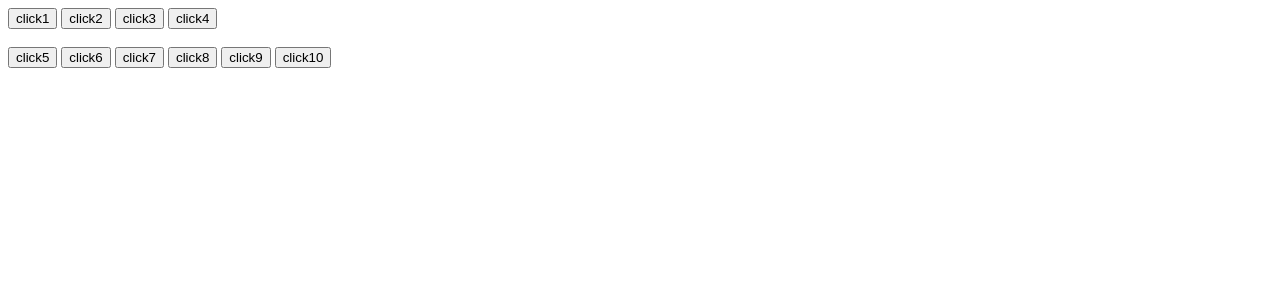
Repository: mirror-neuron/JsonStudy
Page: JsonApp01/WebContent/JsonTest09.html
The author's editor kept a copy of each file at every save. The page is drawn from the files as they stood at one save, then again after the next save.
The browser window is 1280 px wide. The pictures show the whole page.

Above is the page before, as saved 2019-05-31 06:32:27.

### JsonApp01/WebContent/JsonTest09.html
<script type="text/javascript">

	var obj4 =
	{
		"test" : null
	}

</script>

<form>

	<input type="button" value="click1" onclick="alert(obj4)"/>
	<input type="button" value="click2" onclick="alert(typeof obj4)"/>

	<input type="button" value="click3" onclick="alert(obj4.test)"/>
	<!-- null -->
	<input type="button" value="click4" onclick="alert(typeof obj4.test)"/>
	<!-- object -->

	<br><br>

	<input type="button" value="click5" onclick="obj4.test=false; alert(obj4.test);"/>
	<!-- false -->
	<input type="button" value="click6" onclick="obj4.test=false; alert(typeof obj4. test);"/>
	<!-- boolean -->

	<input type="button" value="click7" onclick="obj4.test='123'; alert(obj4.test);"/>
	<!-- 123 -->
	<input type="button" value="click8" onclick="obj4.test=123; alert(typeof obj4.test);"/>
	<!-- number -->

	<input type="button" value="click9" onclick="obj4.test='123'; alert(obj4.test);"/>
	<!-- 123 -->
	<input type="button" value="click10" onclick="obj4.test='123'; alert(typeof obj4. test);"/>
	<!-- string -->



</form>

After the next save:
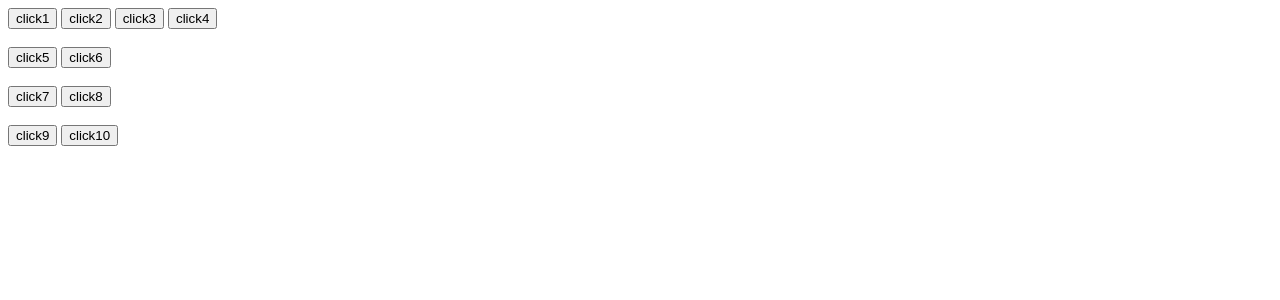
Saved 7 s later.
--- a/JsonApp01/WebContent/JsonTest09.html
+++ b/JsonApp01/WebContent/JsonTest09.html
@@ -24,10 +24,14 @@
 	<input type="button" value="click6" onclick="obj4.test=false; alert(typeof obj4. test);"/>
 	<!-- boolean -->
 
+	<br><br>
+
 	<input type="button" value="click7" onclick="obj4.test='123'; alert(obj4.test);"/>
 	<!-- 123 -->
 	<input type="button" value="click8" onclick="obj4.test=123; alert(typeof obj4.test);"/>
 	<!-- number -->
+
+	<br><br>
 
 	<input type="button" value="click9" onclick="obj4.test='123'; alert(obj4.test);"/>
 	<!-- 123 -->
